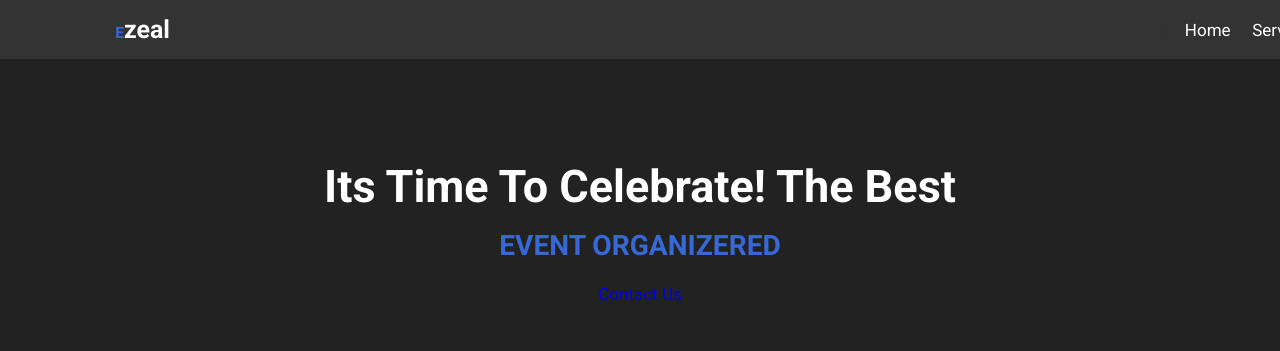
Repository: Jayce1607/First-clone
Page: html/index.html
These files come from the project's save history. The page is drawn as it stood at one moment and after the next save; the edit follows.
The browser window is 1280 px wide. The pictures show the whole page.

Above is the page before, as saved 2021-08-26 18:36:53.

### html/index.html
<!DOCTYPE html>
<html lang="en">
<head>
  <meta charset="UTF-8">
  <meta http-equiv="X-UA-Compatible" content="IE=edge">
  <meta name="viewport" content="width=device-width, initial-scale=1.0">
  <title>Event Organizer Website Design Using HTML - CSS - Javascript </title>
  <link rel="stylesheet" href="../css/reset.css">
  <link rel="stylesheet" href="../css/app.css">
  <link rel="stylesheet" href="https://cdnjs.cloudflare.com/ajax/libs/font-awesome/5.15.4/css/all.min.css">
  <link rel="preconnect" href="https://fonts.googleapis.com">
<link rel="preconnect" href="https://fonts.gstatic.com" crossorigin>
<link href="https://fonts.googleapis.com/css2?family=Roboto:ital,wght@0,100;0,300;0,400;0,500;0,700;0,900;1,900&display=swap" rel="stylesheet">

</head>
<body>
  <!-- header start -->
  <header class="header">
    <a href="#" class="logo"><span>E</span>zeal</a>
    <nav class="navbar">
      <a href="#home">Home</a>
      <a href="#service">Service</a>
      <a href="#about">about</a>
      <a href="#galery">galery</a>
      <a href="#price">price</a>
      <a href="#contact">Contact</a>
    </nav>
    <div id="menu-bars" class="fa fa-bars"></div>
  </header>

  <!-- header end  -->
  <!-- home section start -->
  <section class="home" id="home">
    <div class="content">
      <h3>its time to celebrate! the best <span>event organizered</span></h3>
      <a href="#" class="btn">Contact Us</a>
    </div>
  </section>
  <!-- home section end -->

  <script src="../javascript/starter.js"></script>
</body>
</html>

### css/reset.css
:root{
  --main-color:#3867d6;

}
*{
  margin: 0;
  padding: 0;
  border: 0;
  font-size: 100%;
  text-decoration: none;
  text-transform: capitalize;
  transition: .2s linear;
  font-family: 'Roboto', sans-serif;

 }
html, body, div, span, applet, object, iframe,h1, h2, h3, h4, h5, h6, p{
  margin: 0;
  padding: 0;
  border: 0;
  font-size: 62.5%;
  font-family: 'Roboto', sans-serif;
  overflow-x: hidden;
  scroll-padding-top: 7rem;
  scroll-behavior: smooth;
}
html::-webkit-scrollbar{
  width: 1rem;
}
html::-webkit-scrollbar-track{
background: #444;
}
html::-webkit-scrollbar-thumb{
  background: var(--main-color);
  border-radius: 5rem;
}
body{
  background-color: #222;
}
ol, ul {
  list-style: none;
}
img{
  object-fit: cover;
  max-width: 100%;
  width: 100%;
}
section{
  padding: 2rem 9%;
}

### css/app.css
.header {
  position: fixed;
  top: 0;
  left: 0;
  right: 0;
  z-index: 1000;
  background-color: #333;
  display: flex;justify-content: space-between;
  align-items: center;
  padding: 1.5rem 9%;
}
.header .logo{
  font-weight: bolder;
  font-size: 2.5rem;
  color: #fff;
}
.header .logo span{
  color:var(--main-color);
}
.header .navbar a{
  font-size: 1.7rem;
  color: #fff;
 margin-left: 2rem;
}
.header .navbar a:hover{
  color: var(--main-color);
}
#menu-bars{
  font-size: 3rem;
  color: #fff;
  cursor: pointer;
  display: none;
}
.btn{
  margin-top: 1rem;
  display: inline-block;
  padding: 0.8rem 3rem;
  font-size: 1.7rem;
  border-radius: .5rem;
  border: 0;
}
/* home section */
.home{
 margin-top: 6rem;
 display: flex;
 justify-content: center;
 align-items: center;
 color: #fff;
}
.home .content {
  text-align: center;
  padding-top: 6rem;
  margin: 2rem auto;
  max-width: 70rem;
}
.home .content h3{
  font-size: 4.5rem;
  text-align: center;
}
.home .content h3 span{
  color: var(--main-color);
  text-transform: uppercase;
}































/* media queries */
@media (max-width:991px){
  html{
    font-size: 55%;
  }
  .header{
    padding: 1.5rem 2rem;
  }


}
@media (max-width:767px){
  .header #menu-bars{
    display: initial;
  }
  .header .navbar{
    position: absolute;
    top: 100%;
    right: 0;
    bottom: 0;
    left: 0;
    border-top: .1px solid #222;
    background-color: #333;
    transform: translateX(100%);
    opacity: 0;
    transition: opacity .5s linear;
  }
  .header .navbar.active{
    transform: translateX(0);
    opacity: 1;
  }
  .fa-times{
    transform: rotate(180deg);
  }
  .header .navbar a{
    display: flex;

    padding: 1.3rem;
    border-radius: .5rem;
    margin: 1.3rem;
    font-size: 1.5rem;
    background:#444;

  }
}
@media (max-width:450px){
  html{
    font-size: 50%;
  }



}

### javascript/starter.js
const menu=document.querySelector("#menu-bars");
let navbar=document.querySelector(".navbar");
// menu.addEventListener("click",function(e){
//   navbar.style. clipPath="";
// })
menu.addEventListener("click",function(e){
  e.target.classList.toggle("fa-times");
  navbar.classList.toggle("active")
})

window.onscroll=()=>{
  menu.classList.remove("fa-times")
  navbar.classList.remove("active")

}

After the next save:
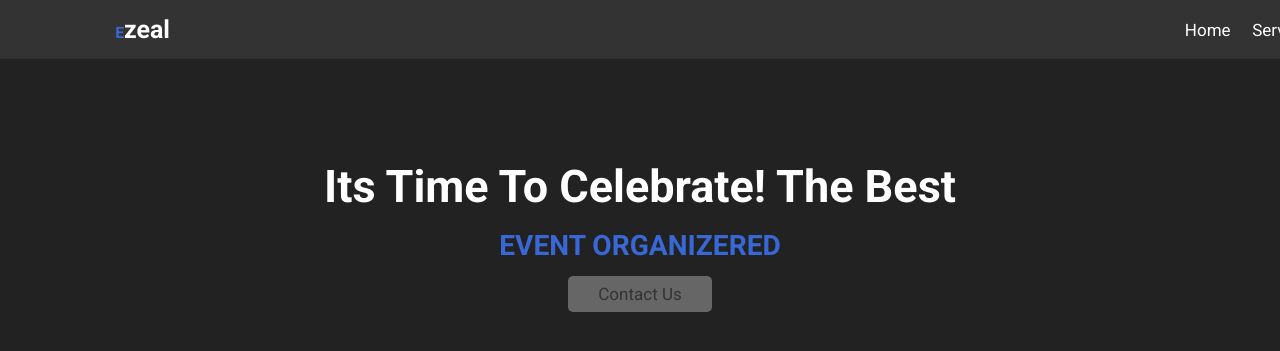
Saved 15 s later.
--- a/css/app.css
+++ b/css/app.css
@@ -38,6 +38,8 @@
   font-size: 1.7rem;
   border-radius: .5rem;
   border: 0;
+  background: #666;
+  color: #333;
 }
 /* home section */
 .home{
